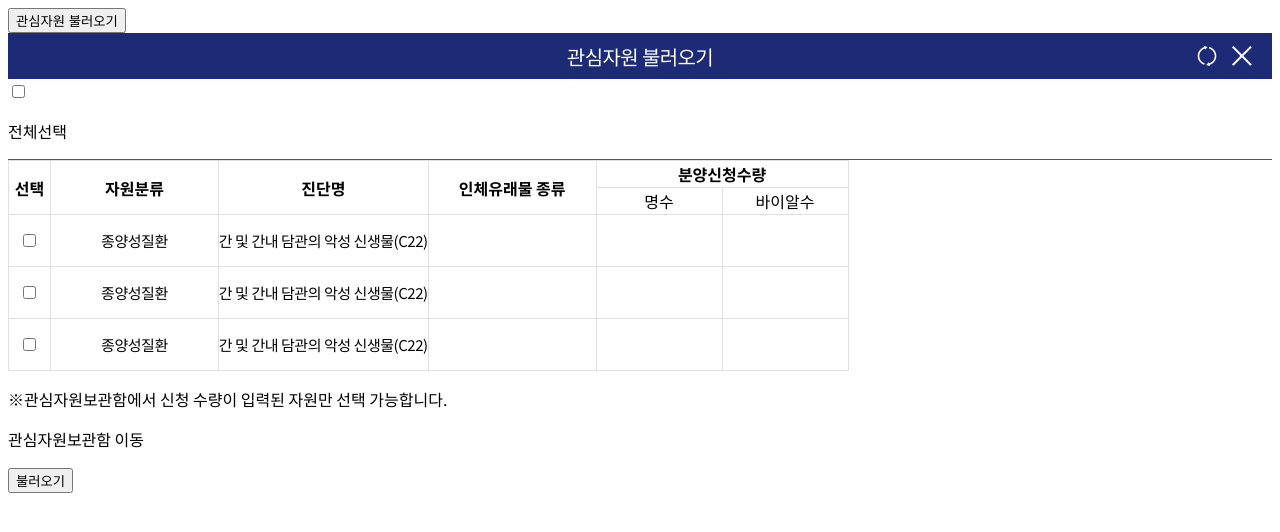
Repository: dlgywls1130/one_popup
Page: index.html
These files come from the project's save history. The page is drawn as it stood at one moment and after the next save; the edit follows.
The browser window is 1280 px wide. The pictures show the whole page.
Some web fonts or font styles are not loaded; a fallback is used.

Above is the page before, as saved 2023-10-25 00:21:07.

### index.html
<!DOCTYPE html>
<html lang="en">
<head>
    <meta charset="UTF-8">
    <meta name="viewport" content="width=device-width, initial-scale=1.0">
    <title>관심자원</title>

    <link rel="stylesheet" href="./style.css">

</head>
<body>
    <button type="button">관심자원 불러오기</button>

    <div class="modal_new">
        <div class="modal_head">
            <div class="modal_title">관심자원 불러오기</div>
            <div class="modal_right">
                <div class="refresh">
                    <img src="./img/reload.png">
                </div>
                <div class="close">
                    <img src="./img/close.png">
                </div>
            </div>
        </div>
        <div class="modal_body">
            <div class="all_check">
                <label>
                    <input type="checkbox">
                    <p>전체선택</p>
                </label>
            </div>

            <div class="body_all_list">
                <table class="list_table_wrap">
                    <tr class="table_head">
                        <th rowspan='2'>선택</th>
                        <th rowspan='2'>자원분류</th>
                        <th rowspan='2'>진단명</th>
                        <th rowspan='2'>인체유래물 종류</th>
                        <th colspan='2'>분양신청수량</th>
                    </tr>
                    <tr class="table_head">
                        <td class="column_sum">명수</td>
                        <td class="column_sum">바이알수</td>
                    </tr>
                    <tr class="table_body_content">
                        <td><input type="checkbox" name="choice"></td>
                        <td>종양성질환</td>
                        <td>간 및 간내 담관의 악성 신생물(C22)</td>
                        <td></td>
                        <td></td>
                        <td></td>
                    </tr>
                    <tr  class="table_body_content">
                        <td><input type="checkbox" name="choice"></td>
                        <td>종양성질환</td>
                        <td>간 및 간내 담관의 악성 신생물(C22)</td>
                        <td></td>
                        <td></td>
                        <td></td>
                    </tr>
                    <tr  class="table_body_content">
                        <td><input type="checkbox" name="choice"></td>
                        <td>종양성질환</td>
                        <td>간 및 간내 담관의 악성 신생물(C22)</td>
                        <td></td>
                        <td></td>
                        <td></td>
                    </tr>
                </table>
            </div>


            <p>※관심자원보관함에서 신청 수량이 입력된 자원만 선택 가능합니다.</p>
            <div class="bookmark_link">
                <div class="bookmark_img"></div>
                <p>관심자원보관함 이동</p>
            </div>

            <div class="button_import">
                <button type="button">불러오기</button>
            </div>
        </div>
    </div>
</body>
</html>

### style.css


@import url('https://fonts.googleapis.com/css2?family=Noto+Sans+KR:wght@300;400;500;600;700&display=swap');

@import url('https://cdn.jsdelivr.net/gh/orioncactus/pretendard/dist/web/static/pretendard.css');




  .modal_new{
    font-family: 'Noto Sans KR', sans-serif;
  }

.modal_head{
    width: 100%;
    height: 46px;
    display: flex;
    align-items: center;
    justify-content: center;
    background-color: #1D2A75;
    position: relative;
}

.modal_title{
    font-size: 20px;
    letter-spacing: -0.03em;
    color: #fff;
    font-weight: 500;
}

.modal_right{
    position: absolute;
    top: 50%;
    right: 20px;
    transform: translate(0,-50%);
    display: flex;
    align-items: center;
}

.modal_right .refresh{
    margin-right: 15px;
}
.modal_right .refresh,
.modal_right .close{
    width: 20px;
    height: 20px;
}

.modal_right .refresh img,
.modal_right .close img{
    width: 100%;
    height: 100%;
}

.body_all_list{
    border-top: 1px solid #565656;
}

.list_table_wrap,
.list_table_wrap th,
.list_table_wrap td{
    border: 1px solid #E0E0E0;
    border-collapse: collapse;
}

.list_table_wrap tr th:nth-child(1),
.list_table_wrap tr td:nth-child(1){
    width: 5%;
}

.list_table_wrap tr th:nth-child(2),
.list_table_wrap tr td:nth-child(2){
    width: 20%;
}

.list_table_wrap tr th:nth-child(3),
.list_table_wrap tr td:nth-child(3){
    width: 25%;
}

.list_table_wrap tr th:nth-child(4),
.list_table_wrap tr td:nth-child(4){
    width: 20%;
}

.list_table_wrap tr th:nth-child(5),
.list_table_wrap tr td:nth-child(5){
    width: 15%;
}

.list_table_wrap tr th:nth-child(6),
.list_table_wrap tr td:nth-child(6){
    width: 15%;
}

.list_table_wrap .table_head{
    font-weight: 500;
    font-size: 16px;
    font-family: Pretendard,'Noto Sans KR', sans-serif;
    text-align: center;
}


.table_body_content td{
    font-weight: 400;
    font-size: 15px;
    letter-spacing: -0.03em;
    text-align: center;
    padding:15px 0;
    box-sizing: border-box;
}

.column_sum{

}

After the next save:
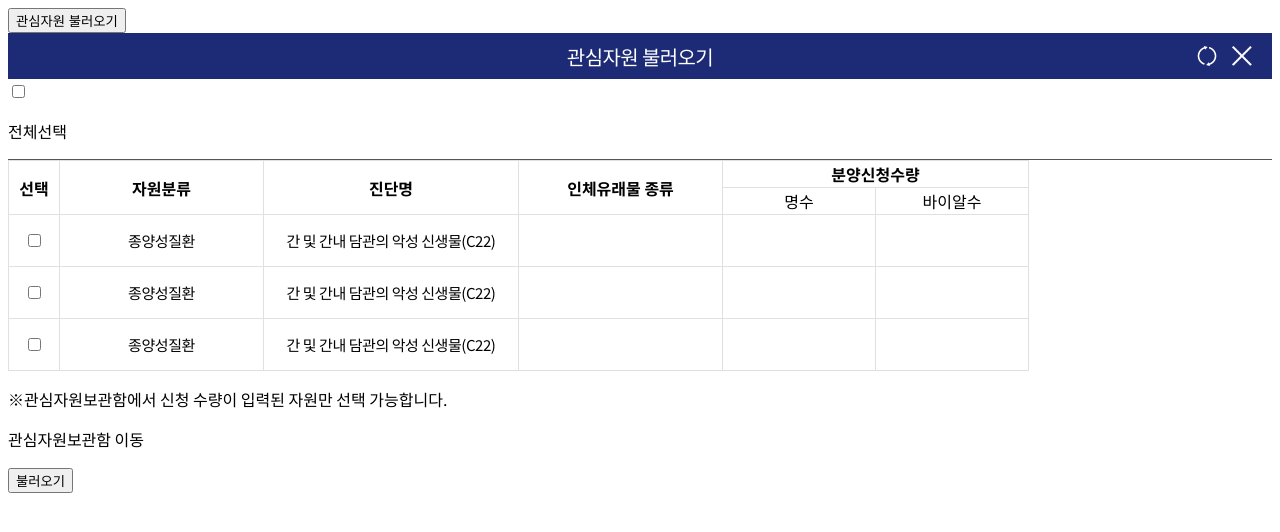
Saved 29 s later.
--- a/style.css
+++ b/style.css
@@ -106,7 +106,7 @@
     font-size: 15px;
     letter-spacing: -0.03em;
     text-align: center;
-    padding:15px 0;
+    padding:15px;
     box-sizing: border-box;
 }
 
